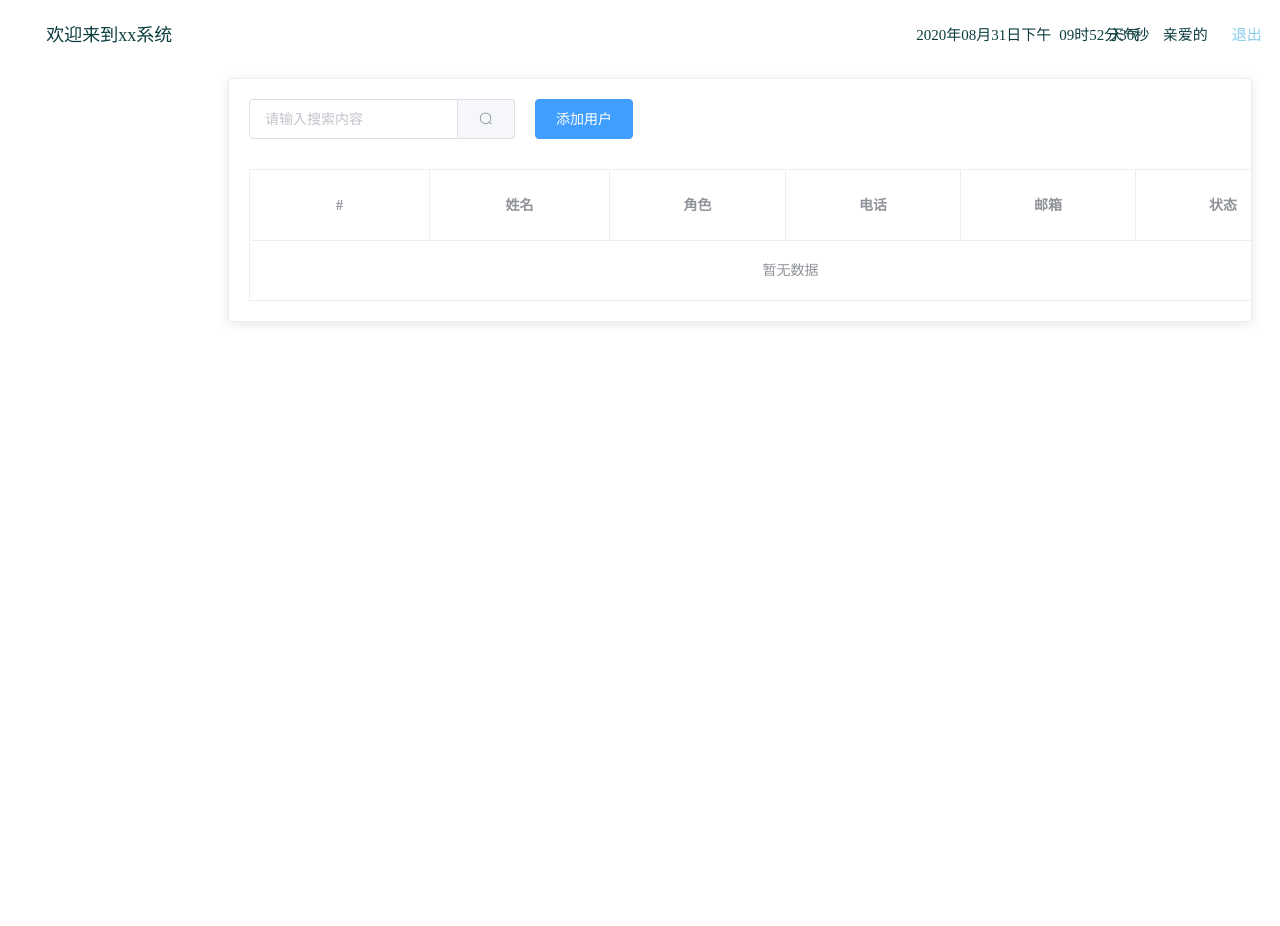
Repository: 2510699771/background-system
Page: /users/users
These files come from the project's save history. The page is drawn as it stood at one moment and after the next save; the edit follows.
The browser window is 1280 px wide. The pictures show the whole page.
The page's requests for data from a server got no answer. The project was rebuilt for these pictures with package versions that can differ from the ones it lists, and the page was loaded fresh each time. No one was signed in, and anything a server would have sent is missing. Also part of the build but not shown: vue.config.js, src/views/Home.vue.

Above is the page before, as saved 2020-08-31 22:03:37.

After the next save:
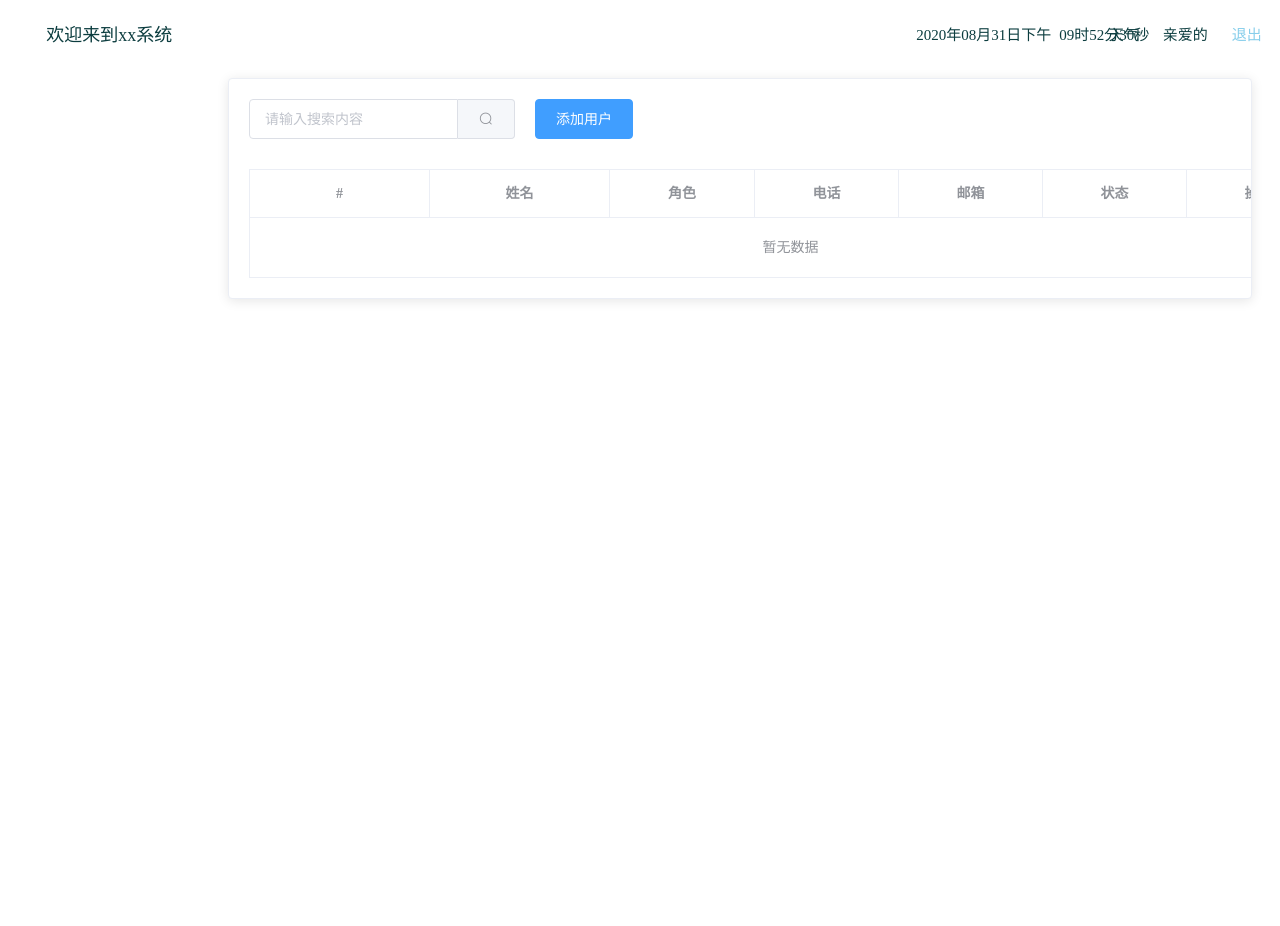
Saved 8 s later.
--- a/src/views/UserList/UserList.vue
+++ b/src/views/UserList/UserList.vue
@@ -24,7 +24,7 @@
               ></el-switch>
             </template>
           </el-table-column>
-          <el-table-column prop="address" label="操作" align="center" width="20%">
+          <el-table-column prop="address" label="操作" align="center" width="">
             <template slot-scope="scope">
               <el-button
                 type="primary"
